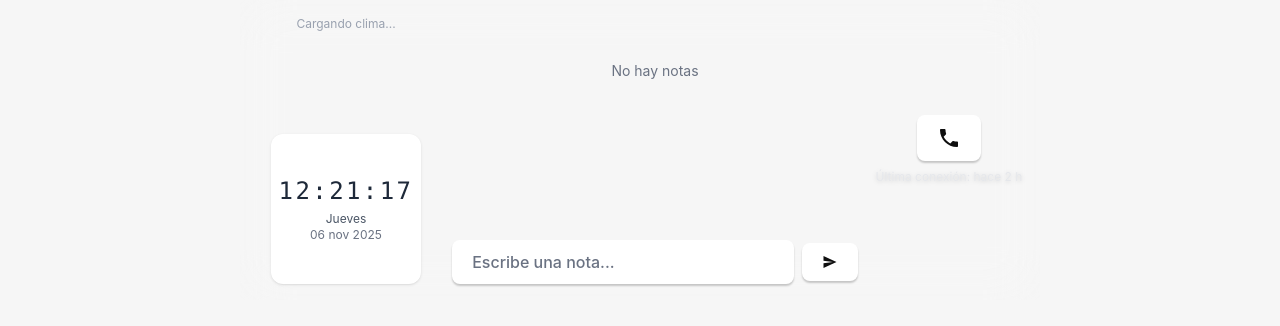
Repository: CodeByEvans/my-romantic-widget
Page: /
These files come from the project's save history. The page is drawn as it stood at one moment and after the next save; the edit follows.
The browser window is 1280 px wide. The pictures show the whole page.
The page's requests for data from a server got no answer. The project was rebuilt for these pictures with package versions that can differ from the ones it lists, and the page was loaded fresh each time. No one was signed in, and anything a server would have sent is missing. Also part of the build but not shown: vite.config.ts.

Above is the page before, as saved 2025-11-06 13:26:31.

After the next save:
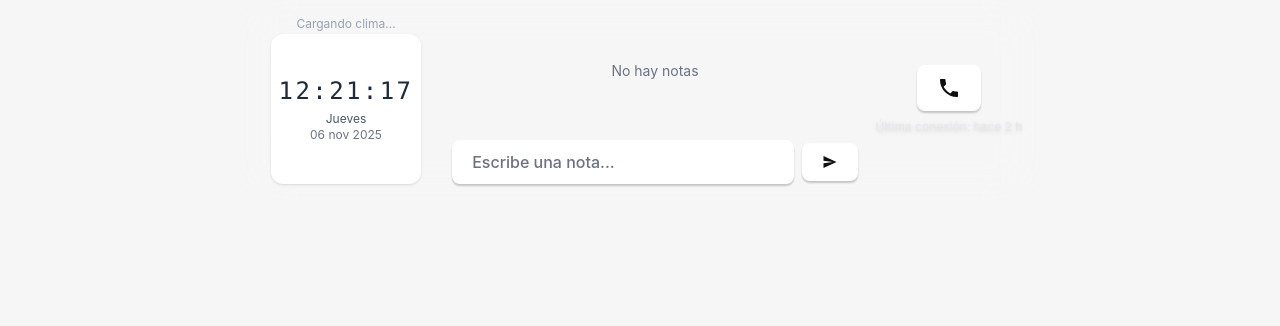
Saved 3 s later.
--- a/src/App.tsx
+++ b/src/App.tsx
@@ -9,7 +9,7 @@ function App() {
   return (
     <main
       data-tauri-drag-region
-      className="w-[800px] h-[300px] mx-auto flex items-center justify-between gap-4
+      className="w-[800px] h-[200px] mx-auto flex items-center justify-between gap-4
                       backdrop-blur-xl backdrop-saturate-150
                         p-4
                      text-gray-800"
